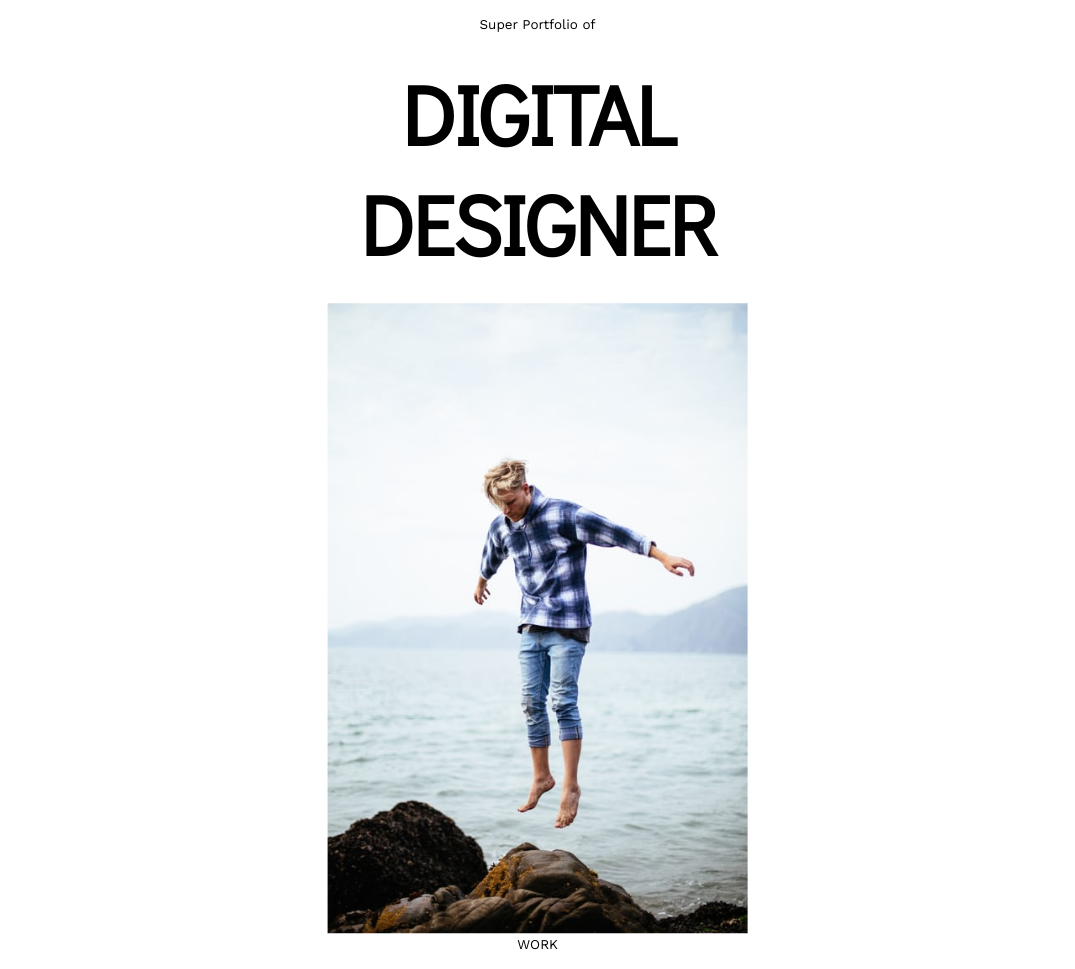
Repository: m0lt/DigitalDesigner
Page: index.html
These files come from the project's save history. The page is drawn as it stood at one moment and after the next save; the edit follows.
The browser window is 1280 px wide. The pictures show the whole page, at 84% of full size.

Above is the page before, as saved 2025-07-08 10:27:22.

After the next save:
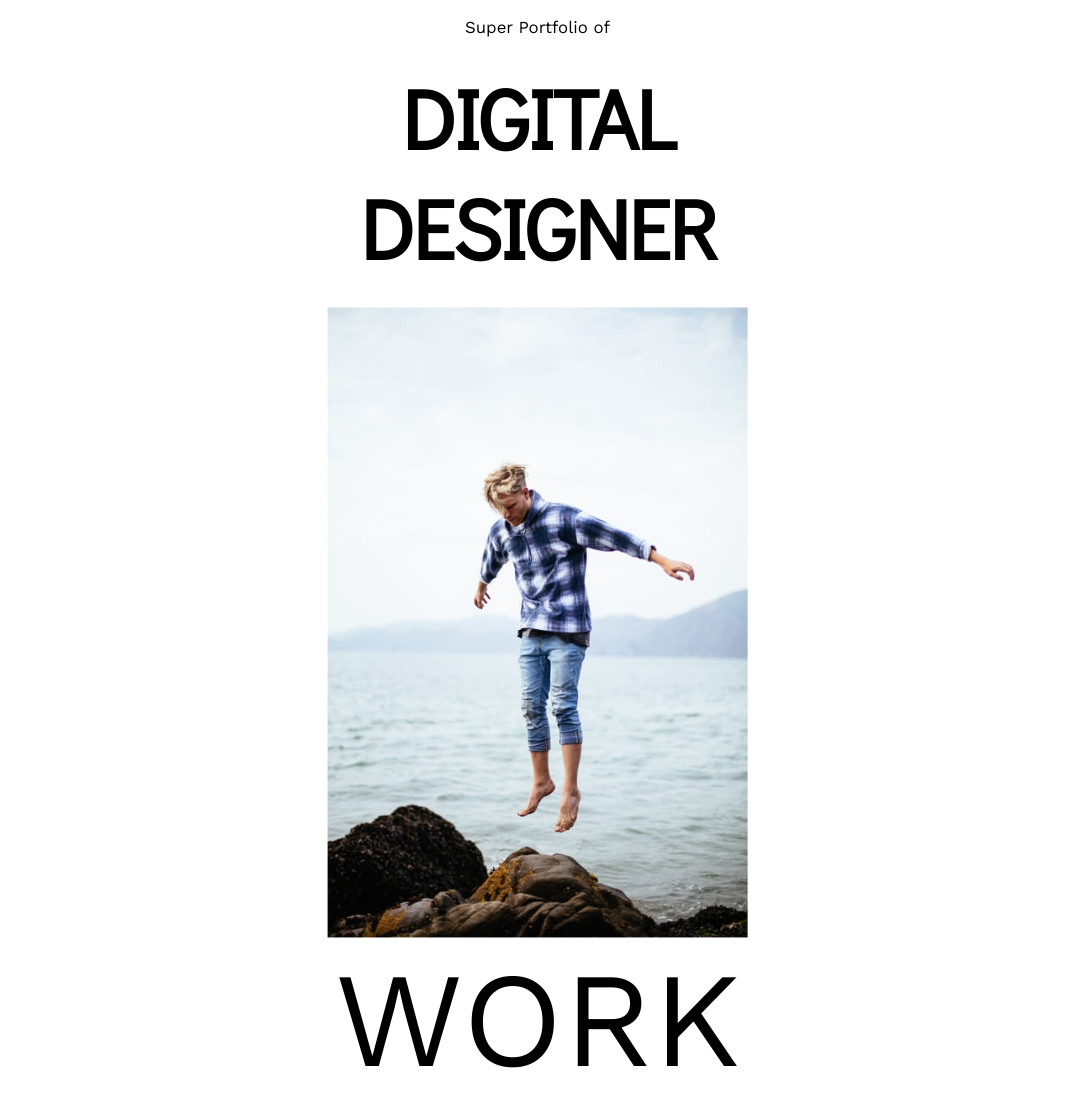
Saved 88 s later.
--- a/assets/css/styles.css
+++ b/assets/css/styles.css
@@ -48,10 +48,10 @@ h1 {
 .hero p {
   font-family: "Work Sans";
 }
-.hero p:first-of-type(1) {
+.hero p:nth-of-type(1) {
   font-size: 20px;
 }
-.hero p:first-of-type(2) {
+.hero p:nth-of-type(2) {
   font-size: 160px;
 }
 
